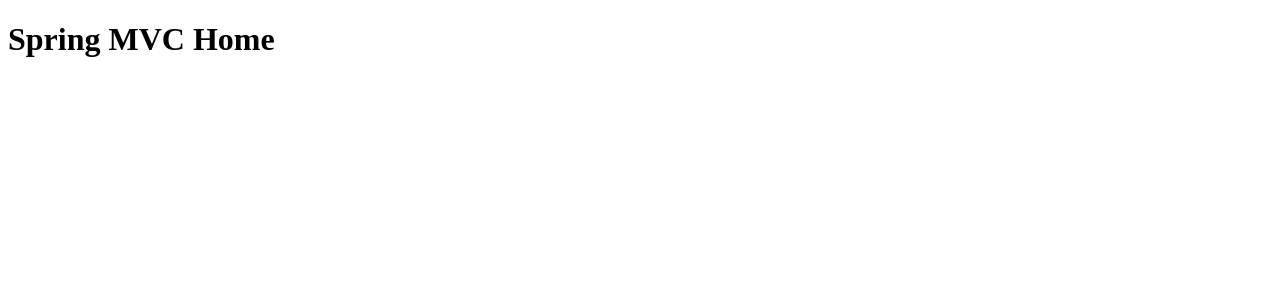
Repository: Janmajaya007/Eclipse-workspace
Page: http://localhost/spring-mvc-demo/
These files come from the project's save history. The page is drawn as it stood at one moment and after the next save; the edit follows.
The browser window is 1280 px wide. The pictures show the whole page.
The page is served by Tomcat 9.

Above is the page before, as saved 2022-05-18 17:48:53.

After the next save:
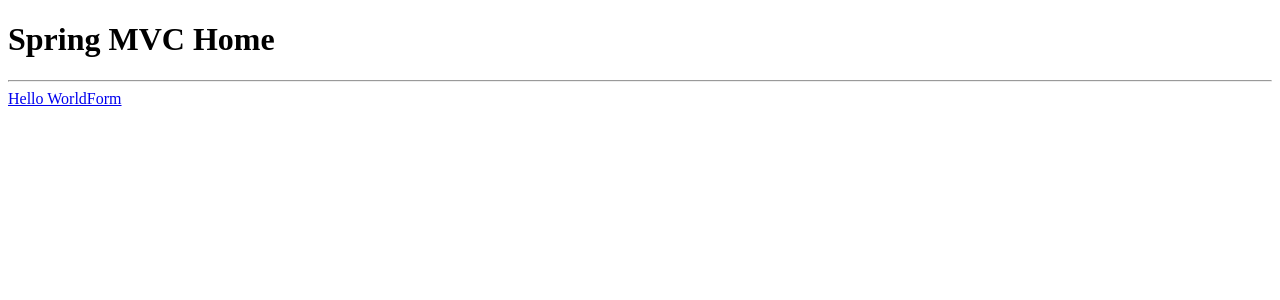
Saved 2 min 48 s later.
--- a/workspace3/spring-mvc-demo/WebContent/WEB-INF/view/main-menu.jsp
+++ b/workspace3/spring-mvc-demo/WebContent/WEB-INF/view/main-menu.jsp
@@ -2,5 +2,9 @@
 <html>
 <body>
 <h1>Spring MVC Home</h1>
+
+<hr>
+
+<a href="showForm">Hello WorldForm</a>
 </body>
 </html>
